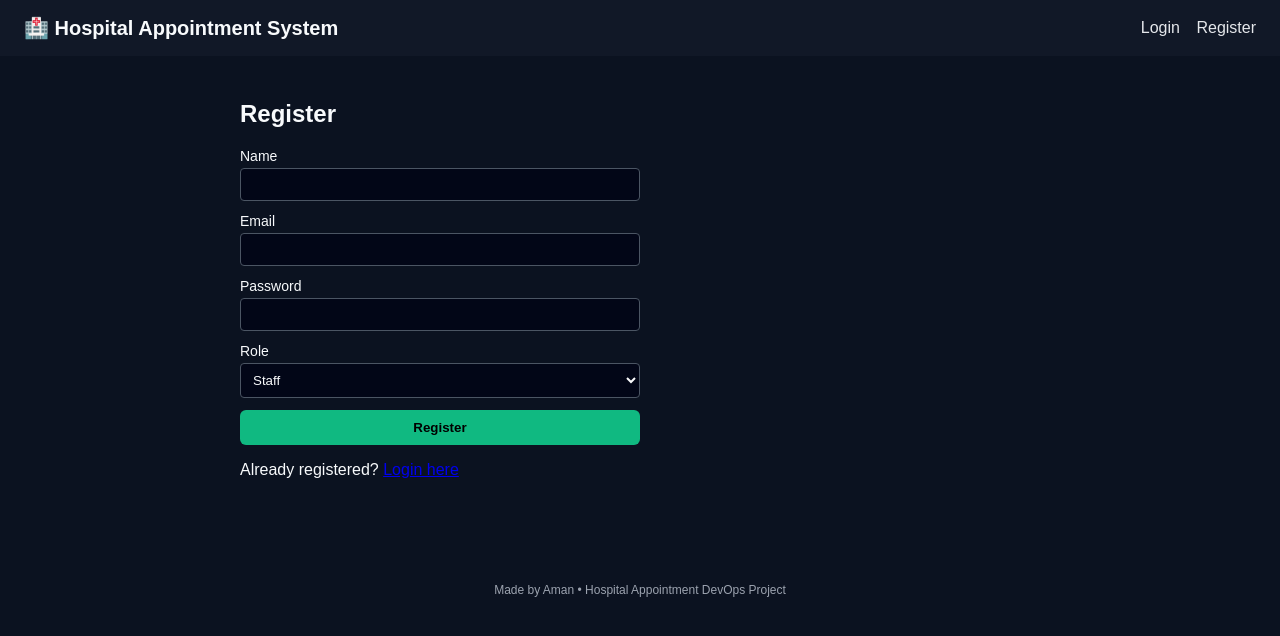
Repository: aksah72/hospital-app
Page: http://localhost/register
The author's editor kept a copy of each file at every save. The page is drawn from the files as they stood at one save, then again after the next save.
The browser window is 1280 px wide. The pictures show the whole page.
The page is served by the project's Node server (app.js).

Above is the page before, as saved 2025-12-11 14:14:06.

After the next save:
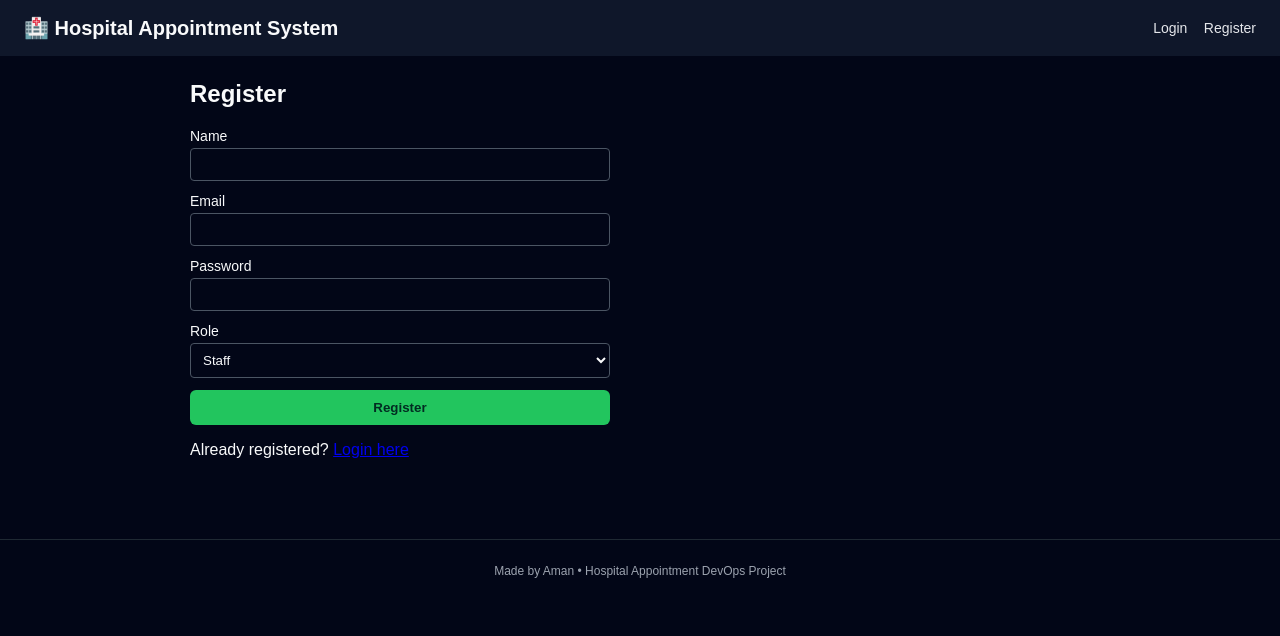
Saved 17 s later.
--- a/public/style.css
+++ b/public/style.css
@@ -1,12 +1,12 @@
 body {
     margin: 0;
     font-family: Arial, sans-serif;
-    background: #0b1220;
-    color: #f8fafc;
+    background: #020617;
+    color: #f9fafb;
   }
 
   header {
-    background: #111827;
+    background: #0f172a;
     padding: 16px 24px;
     display: flex;
     justify-content: space-between;
@@ -22,22 +22,33 @@ body {
     color: #e5e7eb;
     margin-left: 12px;
     text-decoration: none;
+    font-size: 14px;
   }
 
   nav a:hover {
     text-decoration: underline;
   }
 
+  .nav-user {
+    margin-left: 12px;
+    font-size: 13px;
+    color: #a5b4fc;
+  }
+
   main {
     padding: 24px;
-    max-width: 800px;
+    max-width: 900px;
     margin: 0 auto;
+  }
+
+  h2 {
+    margin-top: 0;
   }
 
   .form {
     display: grid;
     gap: 12px;
-    max-width: 400px;
+    max-width: 420px;
   }
 
   label {
@@ -59,26 +70,27 @@ body {
     padding: 10px 16px;
     border: none;
     border-radius: 6px;
-    background: #10b981;
-    color: black;
+    background: #22c55e;
+    color: #022c22;
     font-weight: bold;
     cursor: pointer;
   }
 
   button:hover {
-    background: #22c55e;
+    background: #4ade80;
   }
 
   table {
     width: 100%;
     border-collapse: collapse;
     margin-top: 16px;
+    font-size: 14px;
   }
 
   th, td {
     border: 1px solid #4b5563;
     padding: 8px;
-    font-size: 14px;
+    text-align: left;
   }
 
   th {
@@ -89,10 +101,12 @@ body {
     color: #f97373;
     font-weight: bold;
   }
+
   footer {
     margin-top: 40px;
     text-align: center;
     padding: 12px;
     font-size: 12px;
     color: #9ca3af;
+    border-top: 1px solid #1f2933;
   }
